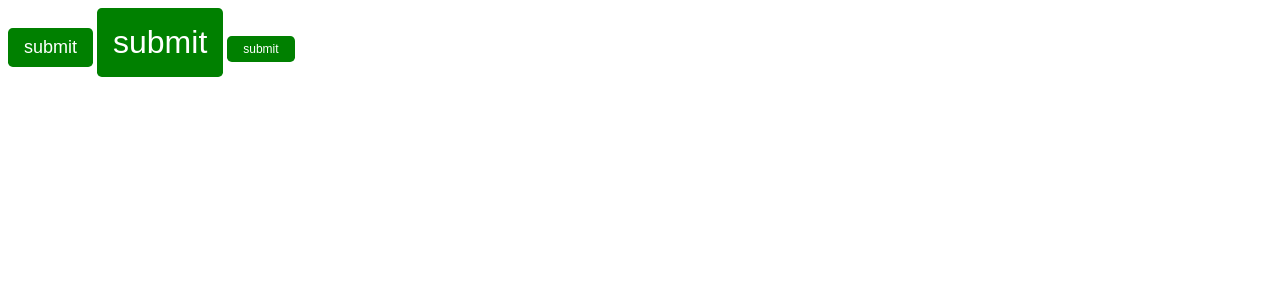
Repository: nepali2385/FUll-stack-practice
Page: Day5/Day5/index.html
These files come from the project's save history. The page is drawn as it stood at one moment and after the next save; the edit follows.
The browser window is 1280 px wide. The pictures show the whole page.

Above is the page before, as saved 2024-08-27 14:27:24.

### Day5/Day5/index.html
<!DOCTYPE html>
<html lang="en">
<head>
    <meta charset="UTF-8">
    <meta name="viewport" content="width=device-width, initial-scale=1.0">
    <title>Document</title>
    <link rel="stylesheet" href="style.css">
</head>
<body>
    <!-- understanding em -->
    <!-- <div class="parent" >
        <button class="submitbtn">Submit</button>
        <p class="text">hello</p>
    </div> -->
    <!-- <button class="btn">submit</button>
    <button class="btn large">submit</button>
    <button class="btn small">submit</button> -->
    <button class="btn">submit</button>
    <button class="btn large">submit</button>
    <button class="btn small">submit</button>
</body>
</html>

### Day5/Day5/style.css
/* *{
    margin: 0;
    padding: 0;
box-sizing: border-box;
}

.submitbtn{
    width:10em;
    background-color: aqua;
}
.parent{
    width: 10em;
    background-color: rgb(32, 181, 29);
    padding: 16px;
    font-size: 30px;
}
.text{
background-color: rgb(141, 165, 194);
font-size: 2em;
width: 10em;
} */
/*  */
.btn{
    border:none;
    padding:0.5em 1rem;
    background-color:green;
    border-radius: 0.3rem;
    color:white;
    font-size: 18px;

transition: all 300ms ease;
}
.btn:hover{
    background-color: aqua;
}
.btn:active{

    scale: 0.5;
}
.large{
    font-size: 32px;
}
.small{
    font-size: 12px;
}

After the next save:
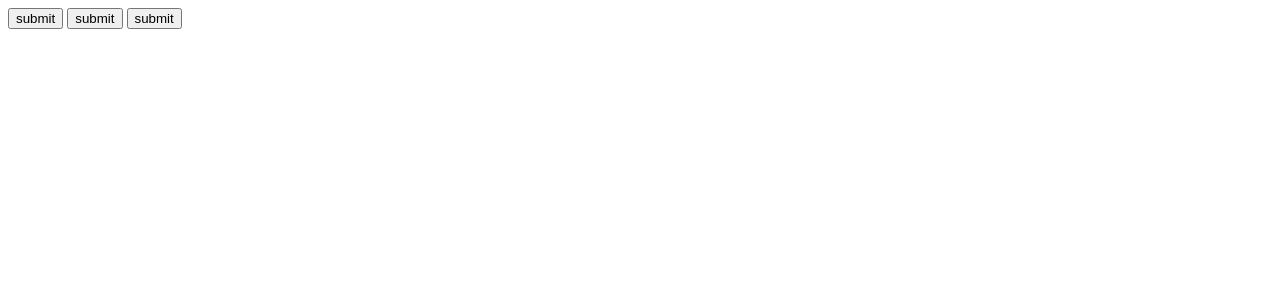
Saved 3 min 2 s later.
--- a/Day5/Day5/style.css
+++ b/Day5/Day5/style.css
@@ -20,7 +20,7 @@ font-size: 2em;
 width: 10em;
 } */
 /*  */
-.btn{
+/* .btn{
     border:none;
     padding:0.5em 1rem;
     background-color:green;
@@ -42,4 +42,4 @@ transition: all 300ms ease;
 }
 .small{
     font-size: 12px;
-}
+} */
